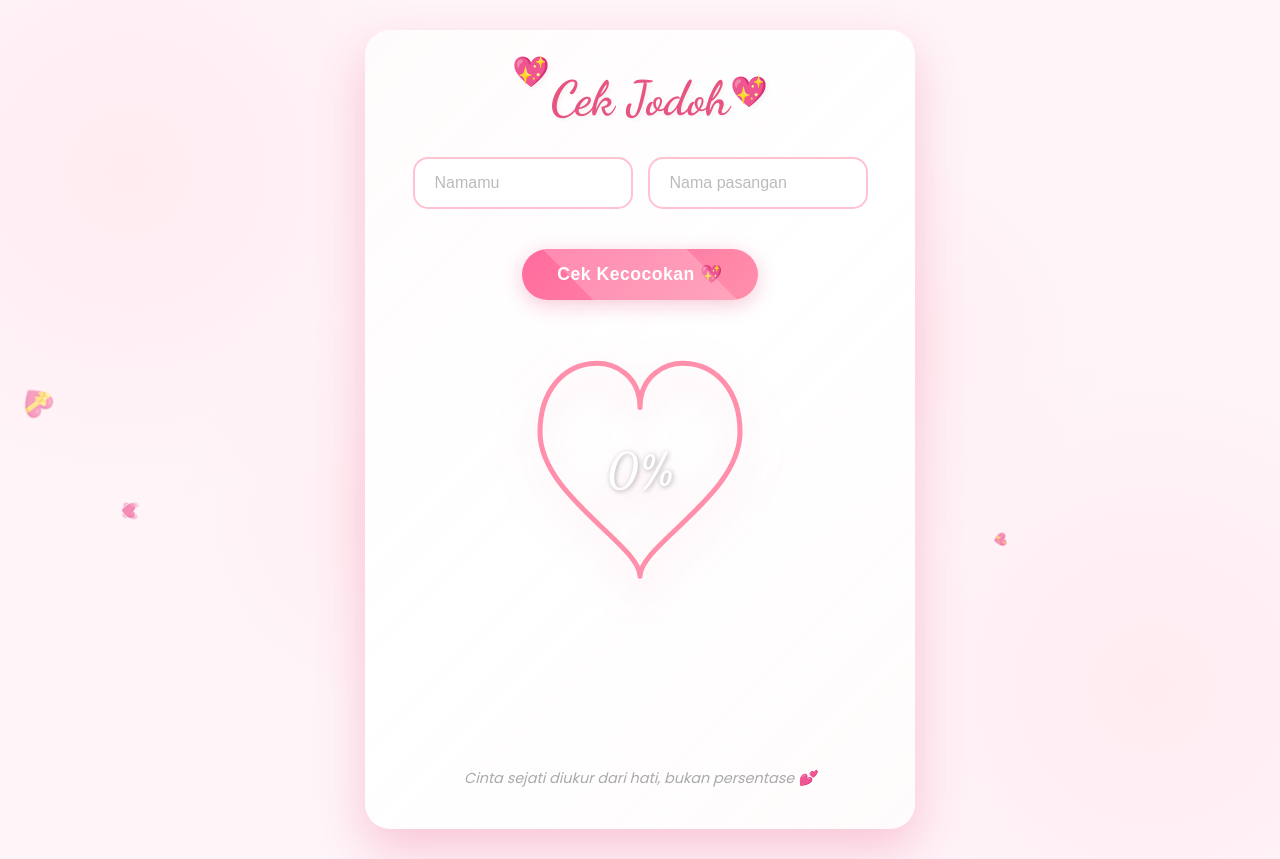
Repository: zhr-nabila/cek-jodoh
Page: cek.html
An editor plug-in stored every save of this project. The page is shown before and after the next save, followed by the edit.
The browser window is 1280 px wide. The pictures show the whole page.

Above is the page before, as saved 2025-06-10 00:40:10.

After the next save:
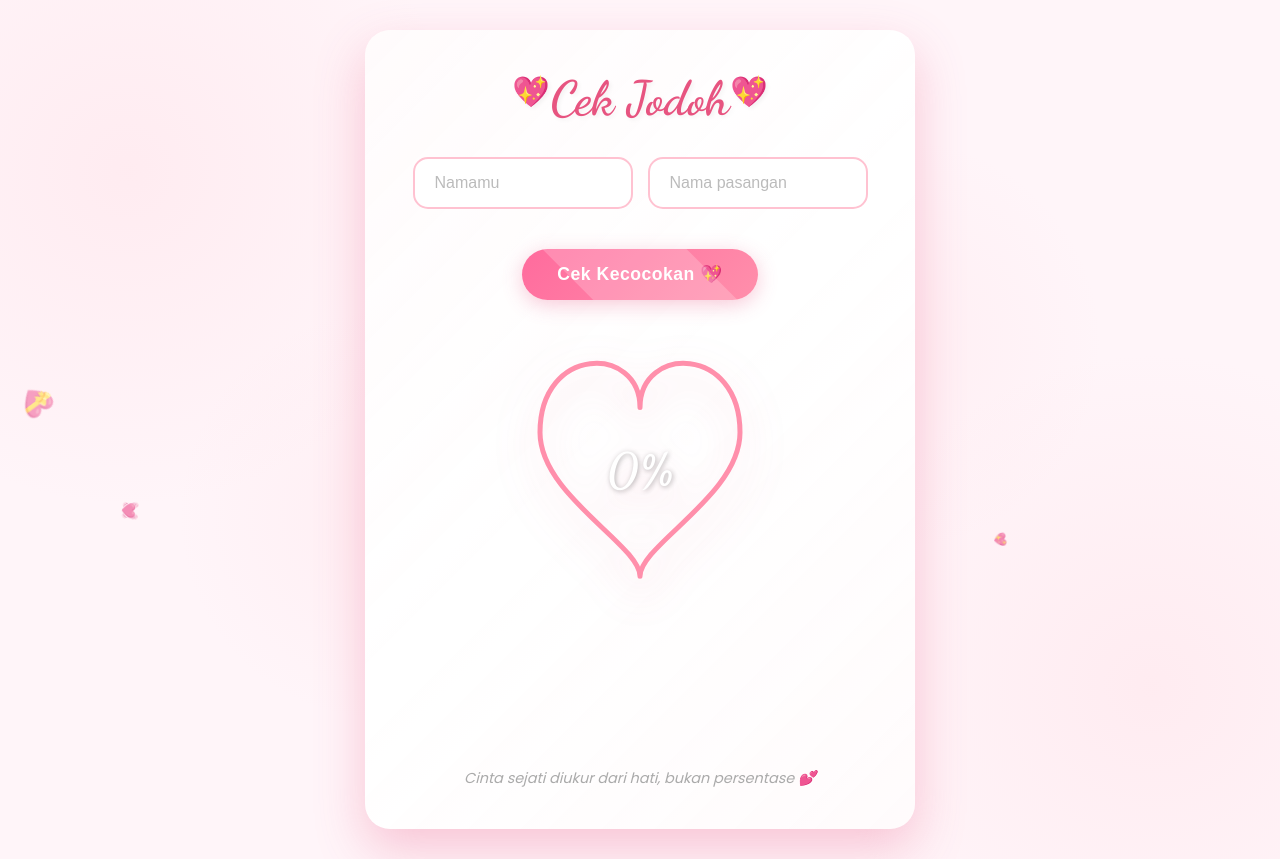
Saved 4 s later.
--- a/cek.html
+++ b/cek.html
@@ -132,7 +132,7 @@
       }
 
       h1::before {
-        top: -15px;
+        top: 5px;
         left: 23%;
       }
 
